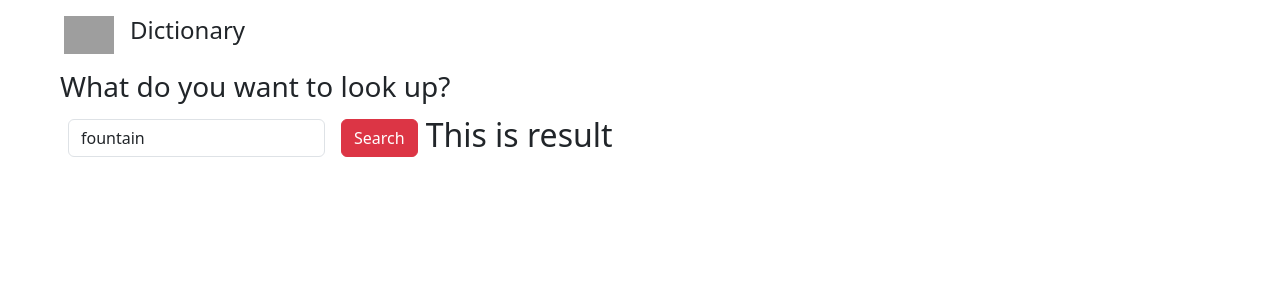
Repository: moehaymanmyint/react-dictionary-app
Page: /
These files come from the project's save history. The page is drawn as it stood at one moment and after the next save; the edit follows.
The browser window is 1280 px wide. The pictures show the whole page.
Pictures or frames that could not be fetched are drawn as grey boxes. The page's requests for data from a server got no answer. The project was rebuilt for these pictures with package versions that can differ from the ones it lists, and the page was loaded fresh each time. No one was signed in, and anything a server would have sent is missing.

Above is the page before, as saved 2024-08-28 10:43:19.

After the next save:
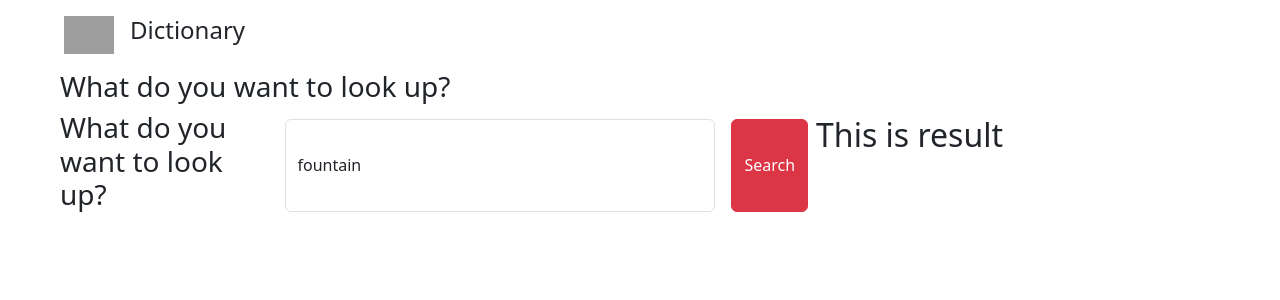
Saved 29 s later.
--- a/src/Search.js
+++ b/src/Search.js
@@ -26,6 +26,7 @@ export default function Search(props){
     return (
         <div className="Content d-flex">
             <form onSubmit={handleSubmit} className="d-flex">
+                <h3>What do you want to look up?</h3>
                 <input type="search" className="form form-control m-2" value={word} onChange={updateWord}/>
                 <input type="submit" value="Search" className="btn btn-danger m-2"/>
             </form>
